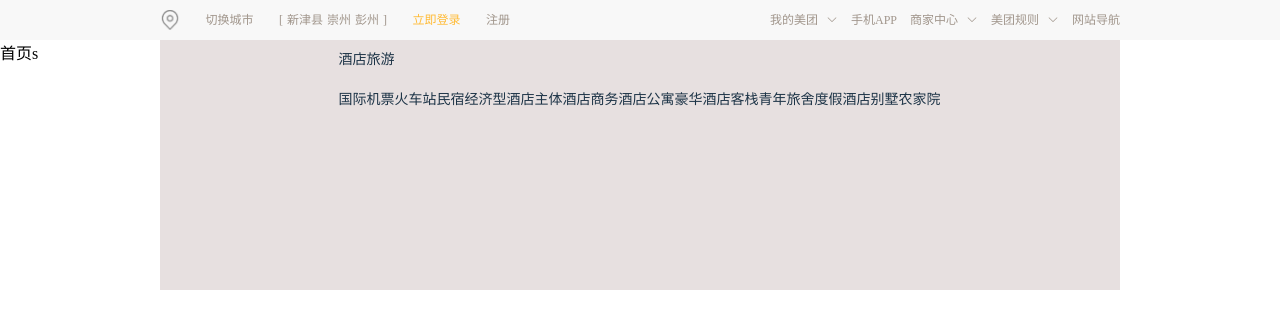
Repository: Wu-Tong-Xian/EasyMeituan
Page: /
The author's editor kept a copy of each file at every save. The page is drawn from the files as they stood at one save, then again after the next save.
The browser window is 1280 px wide. The pictures show the whole page.
The page's requests for data from a server got no answer. The project was rebuilt for these pictures with package versions that can differ from the ones it lists, and the page was loaded fresh each time. No one was signed in, and anything a server would have sent is missing. Also part of the build but not shown: vue.config.js.

Above is the page before, as saved 2020-08-20 15:35:09.

After the next save:
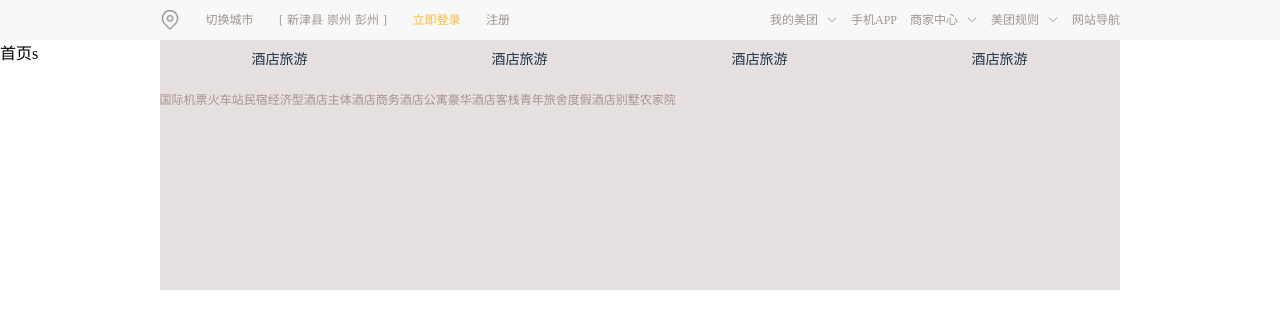
Saved 57 s later.
--- a/src/views/layout/layout.vue
+++ b/src/views/layout/layout.vue
@@ -69,9 +69,15 @@
           <!-- 网站导航 鼠标移入的样式 -->
           <div class="navigation">
             <div class="fl fz14 colb j-around">
-              <div>
+
                 <div>酒店旅游</div>
-                <div class="fl ">
+                <div>酒店旅游</div>
+                <div>酒店旅游</div>
+                <div>酒店旅游</div>
+
+
+            </div>
+            <div class="fl ">
                   <div>国际机票</div>
                   <div>火车站</div>
                   <div>民宿</div>
@@ -86,8 +92,6 @@
                   <div>别墅</div>
                   <div>农家院</div>
                 </div>
-              </div>
-            </div>
           </div>
         </div>
       </div>
